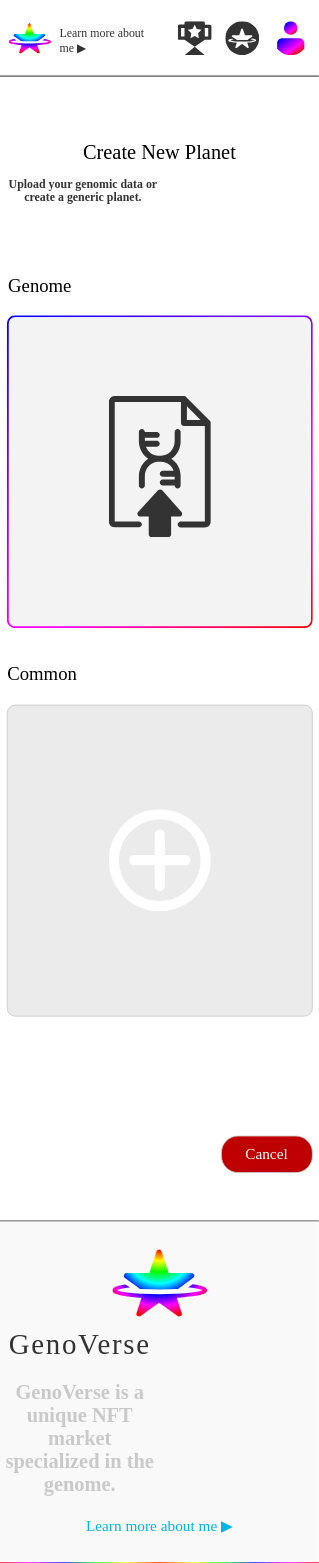
Repository: superHotBob/bioart
Page: /createnewplanet/createnewplanet_01
An editor plug-in stored every save of this project. The page is shown before and after the next save, followed by the edit.
The browser window is 375 px wide. The pictures show the whole page, at 85% of full size.
Some web fonts or font styles are not loaded; a fallback is used. The project was rebuilt for these pictures with package versions that can differ from the ones it lists, and the page was loaded fresh each time. Some packages were replaced by stand-ins written for this rebuild. The framework's server and built-in components were replaced by stand-ins that run in the browser. Also part of the build but not shown: next.config.js.

Above is the page before, as saved 2022-04-06 12:38:11.

After the next save:
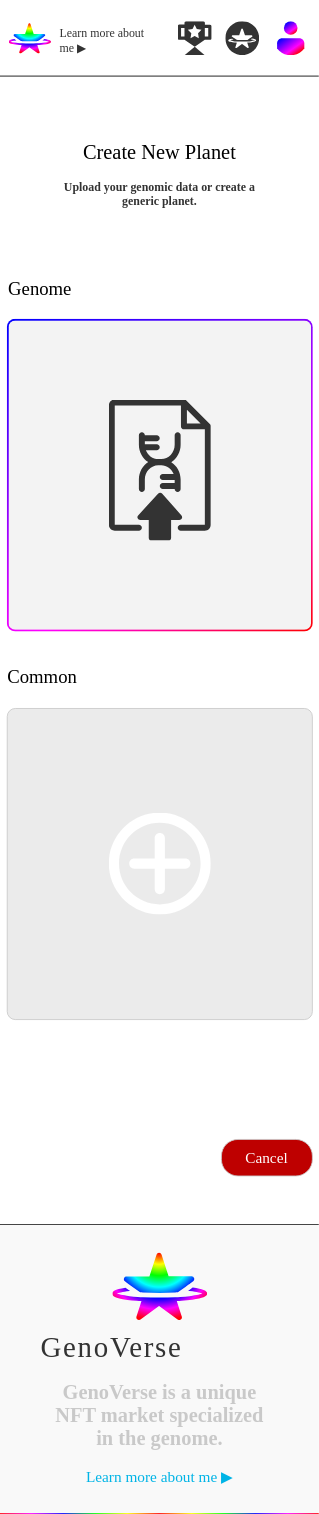
Saved 18 s later.
--- a/pages/createnewplanet/createnewplanet_01.js
+++ b/pages/createnewplanet/createnewplanet_01.js
@@ -125,7 +125,8 @@ export default function CreateNewPlanetOne() {
           p {
             font-size: 14px;
             text-align: center;
-            width: 50%;
+            width: 70%;
+            margin: 20px auto;
           }
         }
       `}</style>
